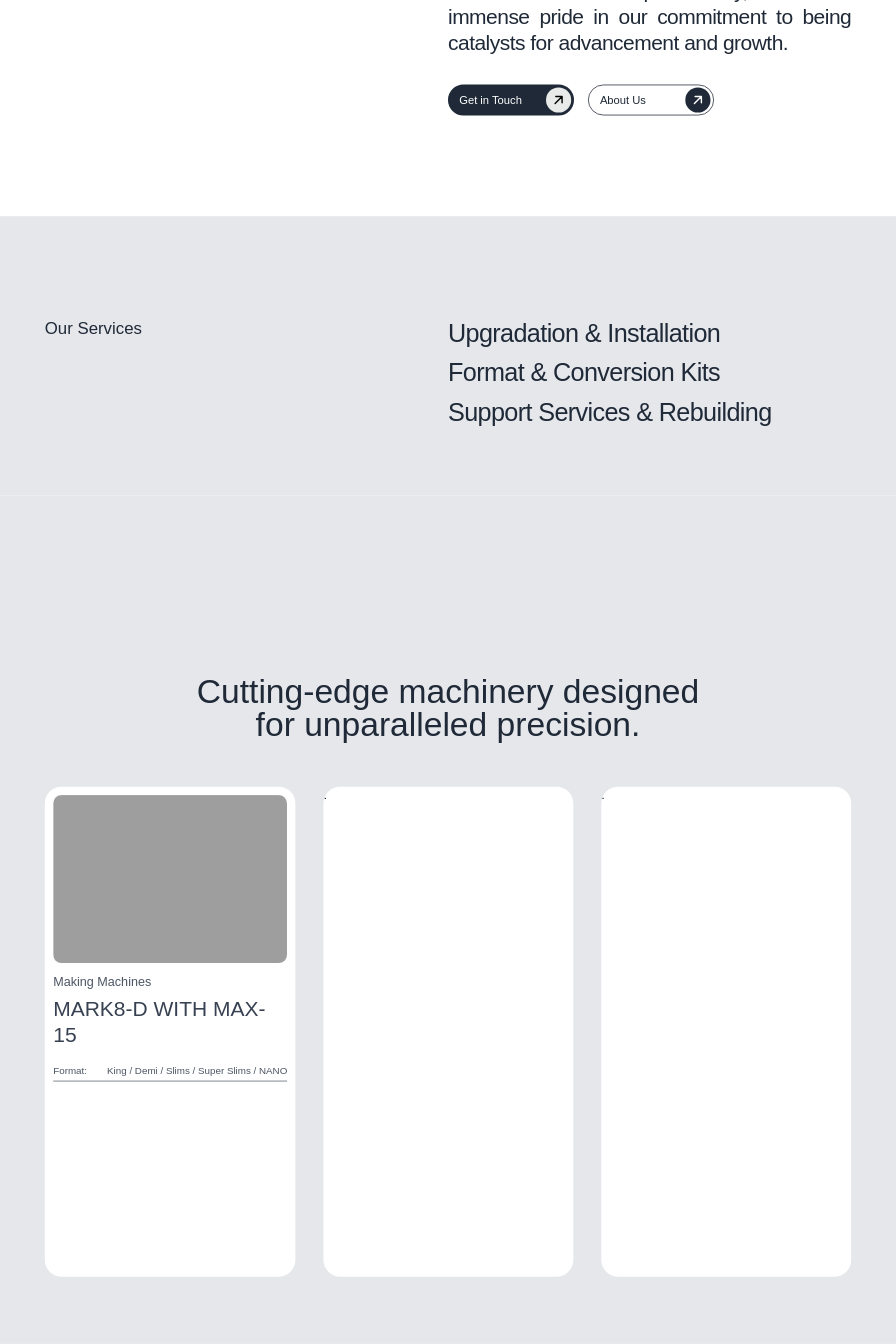
Repository: vespersolutionspk18/microtexwebsite
Page: /
The author's editor kept a copy of each file at every save. The page is drawn from the files as they stood at one save, then again after the next save.
The browser window is 1280 px wide. The pictures show the part of the page from y = 1207 to 3127 px (the page is 3127 px tall), at 70% of full size.
Pictures or frames that could not be fetched are drawn as grey boxes. Some web fonts or font styles are not loaded; a fallback is used. The project was rebuilt for these pictures with package versions that can differ from the ones it lists, and the page was loaded fresh each time. The framework's server and built-in components were replaced by stand-ins that run in the browser. Also part of the build but not shown: next.config.mjs.

Above is the page before, as saved 2024-11-18 21:41:10.

After the next save:
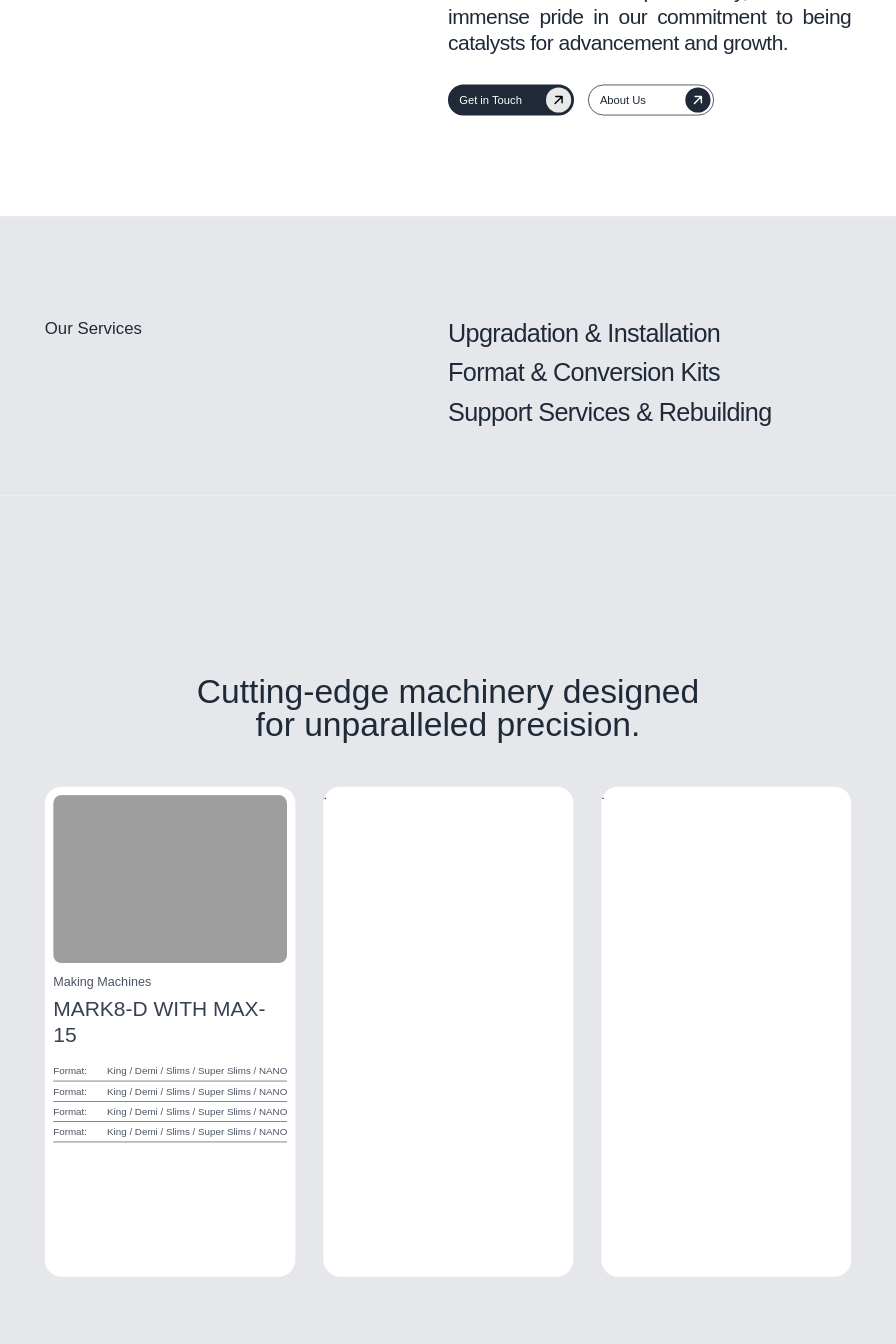
Saved 18 s later.
--- a/app/OurMachines.tsx
+++ b/app/OurMachines.tsx
@@ -17,6 +17,21 @@ const OurMachines = () => {
         <h5 className="text-gray-600 text-sm font-light"> King / Demi / Slims / Super Slims / NANO</h5>
     </div>
     <Separator className="bg-gray-600 mt-1 mb-1" />
+    <div className="flex flex-row items-center justify-between ">
+        <h5 className="text-gray-600 text-sm font">Format:</h5>
+        <h5 className="text-gray-600 text-sm font-light"> King / Demi / Slims / Super Slims / NANO</h5>
+    </div>
+    <Separator className="bg-gray-600 mt-1 mb-1" />
+    <div className="flex flex-row items-center justify-between ">
+        <h5 className="text-gray-600 text-sm font">Format:</h5>
+        <h5 className="text-gray-600 text-sm font-light"> King / Demi / Slims / Super Slims / NANO</h5>
+    </div>
+    <Separator className="bg-gray-600 mt-1 mb-1" />
+    <div className="flex flex-row items-center justify-between ">
+        <h5 className="text-gray-600 text-sm font">Format:</h5>
+        <h5 className="text-gray-600 text-sm font-light"> King / Demi / Slims / Super Slims / NANO</h5>
+    </div>
+    <Separator className="bg-gray-600 mt-1 mb-1" />
     </div>
     <div className="h-[700px] w-1/3 bg-white rounded-3xl flex flex-col">.</div>
     <div className="h-[700px] w-1/3 bg-white rounded-3xl">.</div>
